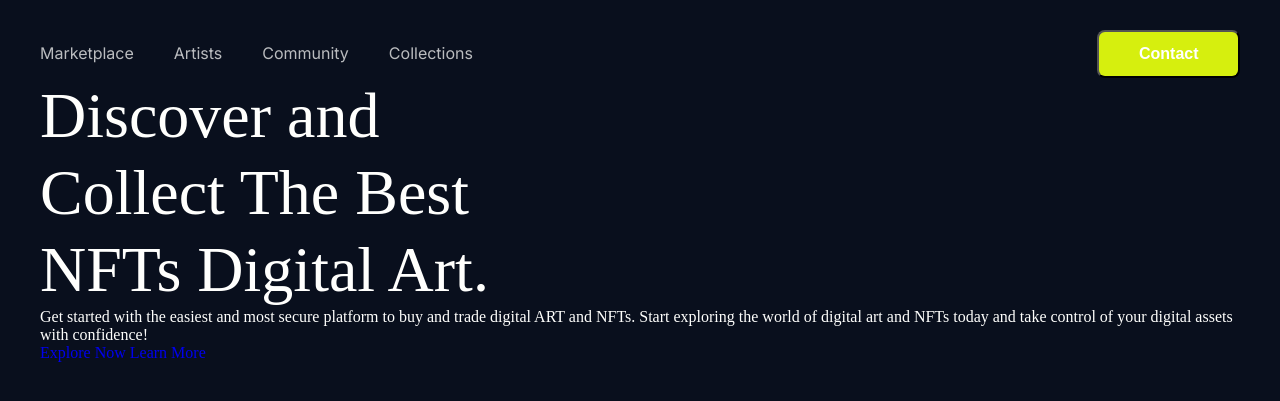
Repository: Kamron5505/NftMarketplace
Page: index.html
These files come from the project's save history. The page is drawn as it stood at one moment and after a run of saves; the edit follows.
The browser window is 1280 px wide. The pictures show the whole page.
Some web fonts or font styles are not loaded; a fallback is used.

Above is the page before, as saved 2025-07-07 23:24:29.

After the next 2 saves:
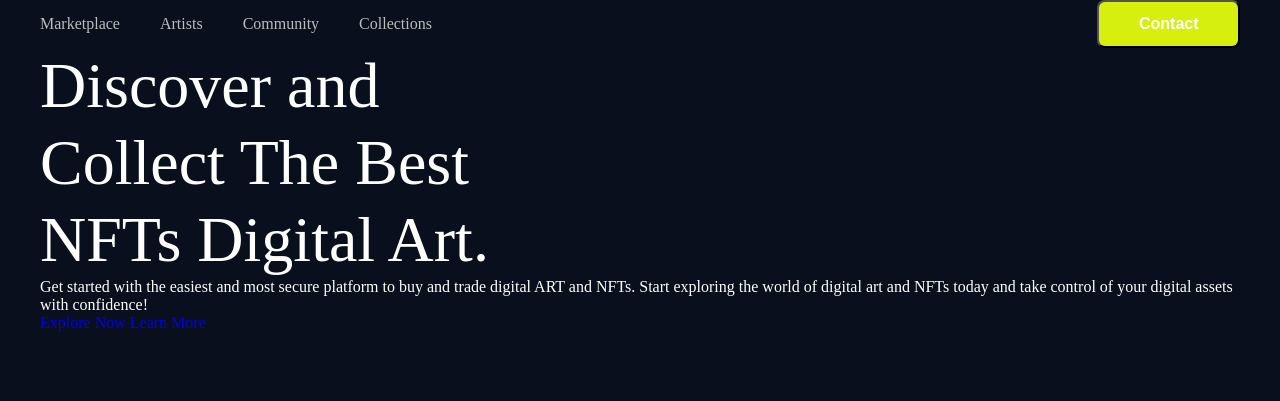
The 2 saves are shown as one change because they came seconds apart.
The last was saved 22 s later.
--- a/style.css
+++ b/style.css
@@ -43,7 +43,8 @@ h6 {
     --second-family: "Source Sans Pro", sans-serif;
     --third-family: "Canela", sans-serif;
 }
-
+.nav-item {}
+.
 
 .header {
     margin-top: 30px;

After the 6 saves that followed:
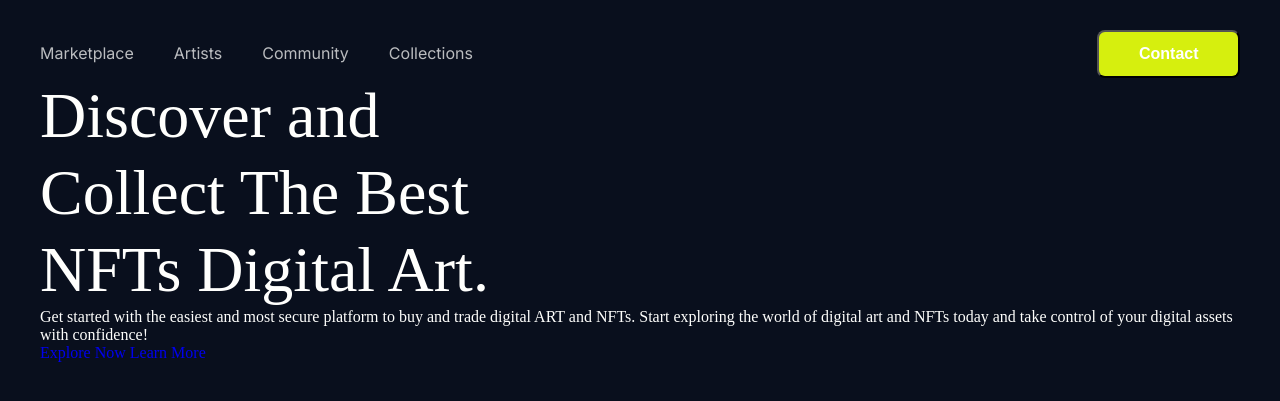
The 6 saves are shown as one change because they came seconds apart.
The last was saved 15 s later.
--- a/style.css
+++ b/style.css
@@ -43,8 +43,9 @@ h6 {
     --second-family: "Source Sans Pro", sans-serif;
     --third-family: "Canela", sans-serif;
 }
-.nav-item {}
-.
+.highlight{
+
+}
 
 .header {
     margin-top: 30px;
